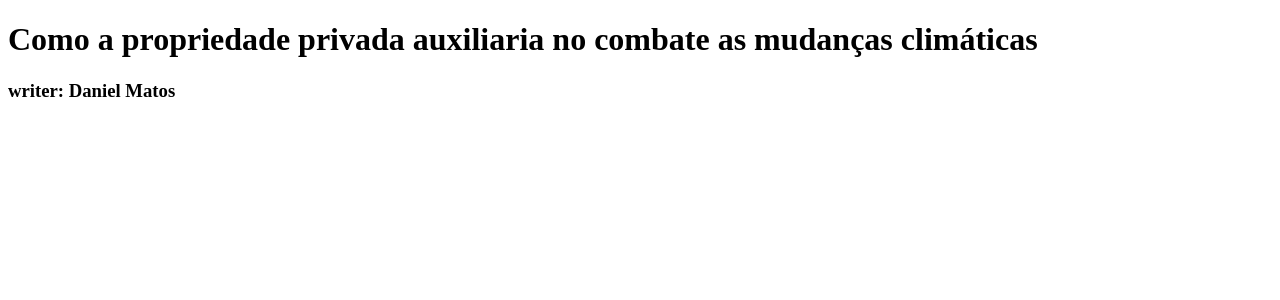
Repository: batmit/FutureFundation.github.io-1
Page: menu/articles/economia/desastre_climático.html
The author's editor kept a copy of each file at every save. The page is drawn from the files as they stood at one save, then again after the next save.
The browser window is 1280 px wide. The pictures show the whole page.

Above is the page before, as saved 2021-09-18 16:55:39.

### menu/articles/economia/desastre_climático.html
<!DOCTYPE html>
<html lang="en">
<head>
    <meta charset="UTF-8">
    <meta http-equiv="X-UA-Compatible" content="IE=edge">
    <meta name="viewport" content="width=device-width, initial-scale=1.0">
    <title>Como a propriedade privada auxiliaria no combate as mudanças climáticas</title>
</head>
<body>
    <div id="all">
        <header>
            <h1>Como a propriedade privada auxiliaria no combate as mudanças climáticas</h1>
            <h3>writer: Daniel Matos</h3>
        </header>
    </div>
</body>
</html>

### menu/main.css
body{

    text-align: center;

    border: black 2px solid;

    border-radius: 0.8rem;

    font-family: 'Ubuntu', arial;

    background-color: rgb(36, 161, 130);


}

#articles {
    gap: 3px;
}

#all{

    background-color: rgb(223, 211, 211);

}


#codigo{
    text-align:left;

}


img{
    text-align: center;
    justify-content: center;

}

p{
    font-size: 20px;
    font-family: 'Ubuntu', arial;
}

a{
    border: 2px solid black;

    border-radius: 0.8rem;

    box-sizing: border-box;

    padding: 0.5rem;

    line-height:3rem;

    margin: 2px;


}

a:hover{

    background-color:#F0FFFF;

}

h1{

    margin-bottom: 3rem;

    color: rgb(177, 174, 17);

}

audio {
    -webkit-transition:all 0.5s linear;
    -moz-transition:all 0.5s linear;
    -o-transition:all 0.5s linear;
    transition:all 0.5s linear;
    -moz-box-shadow: 2px 2px 4px 0px #006773;
    -webkit-box-shadow:  2px 2px 4px 0px #006773;
    box-shadow: 2px 2px 4px 0px #006773;
    -moz-border-radius:7px 7px 7px 7px ;
    -webkit-border-radius:7px 7px 7px 7px ;
    border-radius:7px 7px 7px 7px ;
}

audio:hover, audio:focus, audio:active {

-webkit-box-shadow: 15px 15px 20px rgba(0,0, 0, 0.4);
-moz-box-shadow: 15px 15px 20px rgba(0,0, 0, 0.4);
box-shadow: 15px 15px 20px rgba(0,0, 0, 0.4);
-webkit-transform: scale(1.05);
-moz-transform: scale(1.05);
transform: scale(1.05);

}



@media (max-width: 900px) {


    a{

        display: block;
        line-height: 0.5rem;
        padding: 1rem;

    }

    #img{
        text-align: right;
    }

}

@media (prefers-color-scheme: dark) {
    #all{

        background-color: rgb(90, 73, 73);

    }

    h1{
        color: white
    }

    p{
        color: white;
    }

    a{
        background-color: aqua;
    }

    h3{
        color: white;
    }

    strong {
        color: white;
    }


}

After the next save:
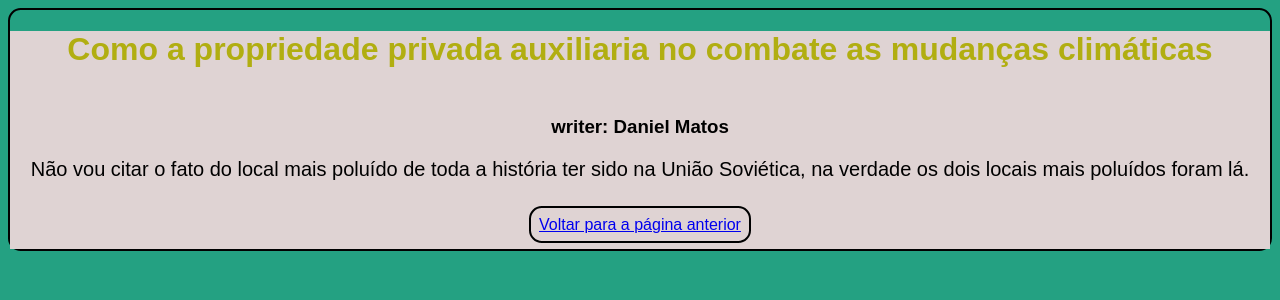
Saved 96 s later.
--- a/menu/articles/economia/desastre_climático.html
+++ b/menu/articles/economia/desastre_climático.html
@@ -5,6 +5,7 @@
     <meta http-equiv="X-UA-Compatible" content="IE=edge">
     <meta name="viewport" content="width=device-width, initial-scale=1.0">
     <title>Como a propriedade privada auxiliaria no combate as mudanças climáticas</title>
+    <link rel="stylesheet" href="/menu/main.css">
 </head>
 <body>
     <div id="all">
@@ -12,6 +13,10 @@
             <h1>Como a propriedade privada auxiliaria no combate as mudanças climáticas</h1>
             <h3>writer: Daniel Matos</h3>
         </header>
+        <p>Não vou citar o fato do local mais poluído de toda a história ter sido na União Soviética, na verdade os dois locais mais poluídos foram lá. </p>
+
+
+        <a href="./economia.html">Voltar para a página anterior</a>
     </div>
 </body>
 </html>
